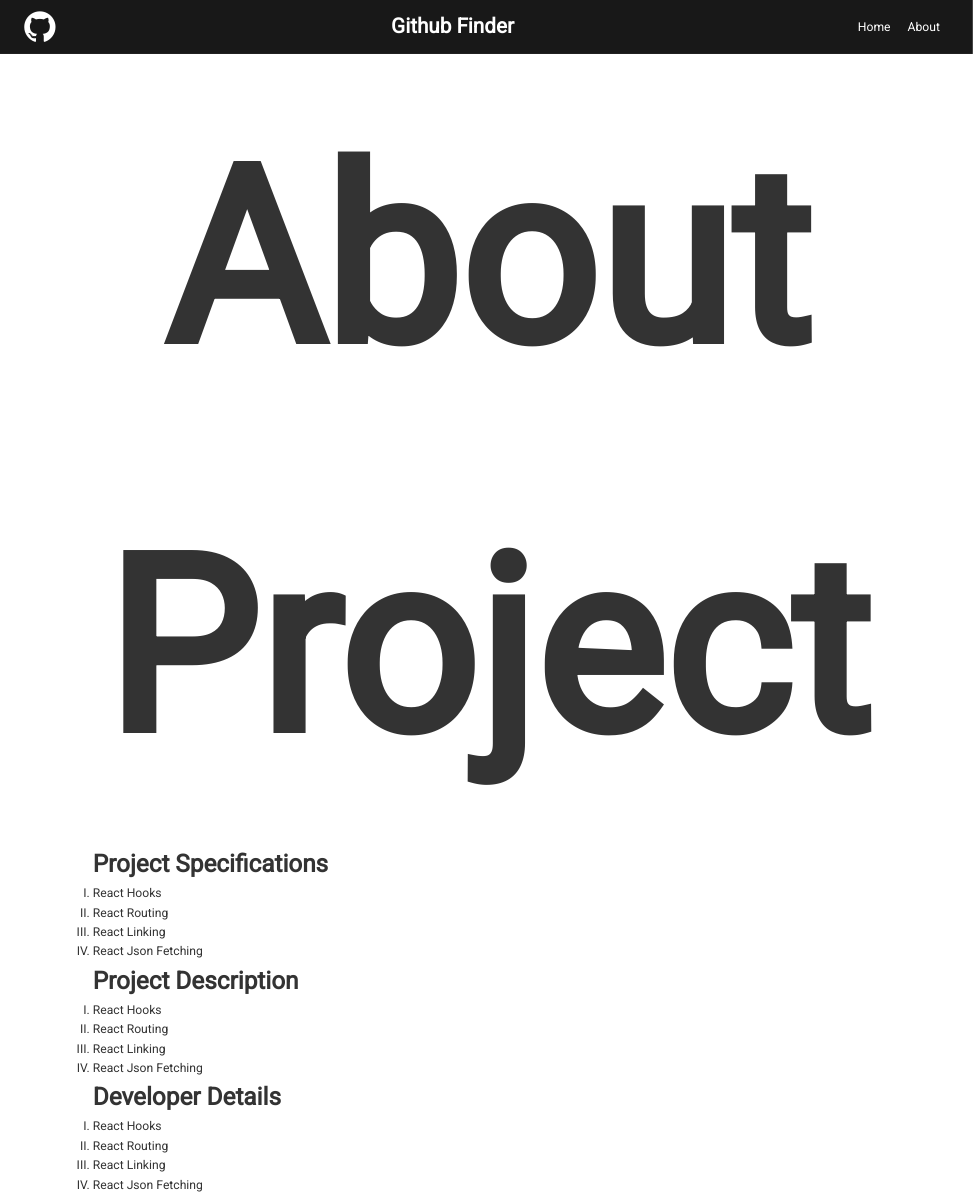
Repository: hemantsaini-7/ReactHooks-GitHub-Clone
Page: /about
An editor plug-in stored every save of this project. The page is shown before and after a run of saves, followed by the edit.
The browser window is 1280 px wide. The pictures show the whole page, at 76% of full size.
The project was rebuilt for these pictures with package versions that can differ from the ones it lists, and the page was loaded fresh each time. Also part of the build but not shown: src/components/users/UserItem.js, src/components/layout/Spinner.js, src/components/users/Users.js, src/components/repos/RepoItem.js, src/components/repos/Repos.js, src/components/users/User.js, src/components/users/Search.js, src/components/layout/Alert.js.

Above is the page before, as saved 2020-08-06 10:06:00.

### public/index.html
<!DOCTYPE html>
<html lang="en">
  <head>
    <meta charset="utf-8" />
    <link rel="icon" href="%PUBLIC_URL%/favicon.ico" />
    <meta name="viewport" content="width=device-width, initial-scale=1" />
    <meta name="theme-color" content="#000000" />
    <meta
      name="description"
      content="Web site created using create-react-app"
    />
    <link rel="apple-touch-icon" href="%PUBLIC_URL%/logo192.png" />

    <link rel="manifest" href="%PUBLIC_URL%/manifest.json" />
    <link
      rel="stylesheet"
      href="https://stackpath.bootstrapcdn.com/font-awesome/4.7.0/css/font-awesome.min.css"
    />
    <title>React App</title>
  </head>
  <body>
    <noscript>You need to enable JavaScript to run this app.</noscript>
    <div id="root"></div>
  </body>
</html>

### src/App.js
import React, { Fragment, useState } from "react";
import "./App.css";
import { BrowserRouter as Router, Switch, Route } from "react-router-dom";
import Navbar from "./components/layout/Navbar";
import Users from "./components/users/Users";
import User from "./components/users/User";
import Search from "./components/users/Search";
import Alert from "./components/layout/Alert";
import About from "./components/pages/About";
import axios from "axios";
const App = () => {
  const [users, setUsers] = useState([]);
  const [user, setUser] = useState({});
  const [repos, setRepos] = useState([]);
  const [loading, setLoading] = useState(false);
  const [alert, setAlert] = useState(null);

  const searchUsers = async (text) => {
    //this.setState({ loading: true });
    setLoading(true);
    const res = await axios.get(
      `https://api.github.com/search/users?q=${text}&cliend_id=${process.env.REACT_APP_GITHUB_CLIENT_ID}&client_secret=${process.env.REACT_APP_GITHUB_CLIENT_SECRET}`
    );
    setUsers(res.data.items);
    setLoading(false);
  };

  const clearUsers = () => {
    setUsers([]);
    setLoading(false);
  };

  const showAlert = (msg, type) => {
    //this.setState({ alert: { msg, type } });
    setAlert({ msg, type });
    setTimeout(() => setAlert(null), 5000);
  };

  const getUser = async (username) => {
    setLoading(true);
    const res = await axios.get(
      `https://api.github.com/users/${username}?cliend_id=${process.env.REACT_APP_GITHUB_CLIENT_ID}&client_secret=${process.env.REACT_APP_GITHUB_CLIENT_SECRET}`
    );
    setUser(res.data);
    setLoading(false);
  };

  const getUserRepos = async (username) => {
    setLoading(true);
    const res = await axios.get(
      `https://api.github.com/users/${username}/repos?per_page=5&sort=created:asc&cliend_id=${process.env.REACT_APP_GITHUB_CLIENT_ID}&client_secret=${process.env.REACT_APP_GITHUB_CLIENT_SECRET}`
    );
    setRepos(res.data);
    setLoading(false);
  };

  return (
    <Router>
      <div className='App'>
        <Navbar title='Github Finder' />
        <div className='container'>
          <Alert alert={alert} />
          <Switch>
            <Route
              exact
              path='/'
              render={(props) => (
                <Fragment>
                  <Search
                    searchUsers={searchUsers}
                    clearUsers={clearUsers}
                    showClear={users.length > 0 ? true : false}
                    setAlert={showAlert}
                  />
                  <Users users={users} loading={loading} />
                </Fragment>
              )}
            />
            <Route exact path='/about' component={About} />
            <Route
              exact
              path='/user/:login'
              render={(props) => (
                <User
                  {...props}
                  getUser={getUser}
                  getUserRepos={getUserRepos}
                  repos={repos}
                  user={user}
                  loading={loading}
                />
              )}
            />
          </Switch>
        </div>
      </div>
    </Router>
  );
};

export default App;

### src/App.css
@import url("https://fonts.googleapis.com/css?family=Roboto");

/* Global Styles */
:root {
  --primary-color: #dc3545;
  --dark-color: #333333;
  --light-color: #f4f4f4;
  --danger-color: #dc3545;
  --success-color: #28a745;
}

* {
  box-sizing: border-box;
  margin: 0;
  padding: 0;
}

body {
  font-family: "Roboto", sans-serif;
  font-size: 1rem;
  line-height: 1.6;
  background-color: #fff;
  color: #333;
}

a {
  color: var(--primary-color);
  text-decoration: none;
}

a:hover {
  color: #666;
}

ul {
  list-style: none;
}

img {
  width: 100%;
}

/* Utilities */
.container {
  max-width: 1100px;
  margin: auto;
  overflow: hidden;
  padding: 0 2rem;
}

/* Text Styles*/
.x-large {
  font-size: 4rem;
  line-height: 1.2;
  margin-bottom: 1rem;
}

.large {
  font-size: 3rem;
  line-height: 1.2;
  margin-bottom: 1rem;
}

.lead {
  font-size: 1.5rem;
  margin-bottom: 1rem;
}

.text-center {
  text-align: center;
}

.text-primary {
  color: var(--primary-color);
}

.text-dark {
  color: var(--dark-color);
}

.text-success {
  color: var(--success-color);
}

.text-danger {
  color: var(--danger-color);
}

.text-center {
  text-align: center;
}

.text-right {
  text-align: right;
}

.text-left {
  text-align: left;
}

/* Center All */
.all-center {
  display: flex;
  flex-direction: column;
  width: 100%;
  margin: auto;
  justify-content: center;
  align-items: center;
  text-align: center;
}

/* Cards */
.card {
  padding: 1rem;
  border: #ccc 1px dotted;
  margin: 0.7rem 0;
}

/* List */
.list {
  margin: 0.5rem 0;
}

.list li {
  padding-bottom: 0.3rem;
}

/* Padding */
.p {
  padding: 0.5rem;
}
.p-1 {
  padding: 1rem;
}
.p-2 {
  padding: 2rem;
}
.p-3 {
  padding: 3rem;
}
.py {
  padding: 0.5rem 0;
}
.py-1 {
  padding: 1rem 0;
}
.py-2 {
  padding: 2rem 0;
}
.py-3 {
  padding: 3rem 0;
}

/* Margin */
.m {
  margin: 0.5rem;
}
.m-1 {
  margin: 1rem;
}
.m-2 {
  margin: 2rem;
}
.m-3 {
  margin: 3rem;
}
.my {
  margin: 0.5rem 0;
}
.my-1 {
  margin: 1rem 0;
}
.my-2 {
  margin: 2rem 0;
}
.my-3 {
  margin: 3rem 0;
}

/* Grid */
.grid-2 {
  display: grid;
  grid-template-columns: repeat(2, 1fr);
  grid-gap: 1rem;
}

.grid-3 {
  display: grid;
  grid-template-columns: repeat(3, 1fr);
  grid-gap: 1rem;
}

.grid-4 {
  display: grid;
  grid-template-columns: repeat(4, 1fr);
  grid-gap: 1rem;
}

.btn {
  display: inline-block;
  background: var(--light-color);
  color: #333;
  padding: 0.4rem 1.3rem;
  font-size: 1rem;
  border: none;
  cursor: pointer;
  margin-right: 0.5rem;
  transition: opacity 0.2s ease-in;
  outline: none;
}

.btn-link {
  background: none;
  padding: 0;
  margin: 0;
}

.btn-block {
  display: block;
  width: 100%;
}

.btn-sm {
  font-size: 0.8rem;
  padding: 0.3rem 1rem;
  margin-right: 0.2rem;
}

.badge {
  display: inline-block;
  font-size: 0.8rem;
  padding: 0.2rem 0.7rem;
  text-align: center;
  margin: 0.3rem;
  background: var(--light-color);
  color: #333;
  border-radius: 5px;
}

.alert {
  padding: 0.7rem;
  margin: 1rem 0;
  opacity: 0.9;
  background: var(--light-color);
  color: #333;
}

.btn-primary,
.bg-primary,
.badge-primary,
.alert-primary {
  background: var(--primary-color);
  color: #fff;
}

.btn-light,
.bg-light,
.badge-light,
.alert-light {
  background: var(--light-color);
  color: #333;
}

.btn-dark,
.bg-dark,
.badge-dark,
.alert-dark {
  background: var(--dark-color);
  color: #fff;
}

.btn-danger,
.bg-danger,
.badge-danger,
.alert-danger {
  background: var(--danger-color);
  color: #fff;
}

.btn-success,
.bg-success,
.badge-success,
.alert-success {
  background: var(--success-color);
  color: #fff;
}

.btn-white,
.bg-white,
.badge-white,
.alert-white {
  background: #fff;
  color: #333;
  border: #ccc solid 1px;
}

.btn:hover {
  opacity: 0.8;
}

.bg-light,
.badge-light {
  border: #ccc solid 1px;
}

.round-img {
  border-radius: 50%;
}

/* Forms */
input {
  margin: 1.2rem 0;
}

.form-text {
  display: block;
  margin-top: 0.3rem;
  color: #888;
}

input[type="text"],
input[type="email"],
input[type="password"],
input[type="date"],
select,
textarea {
  display: block;
  width: 100%;
  padding: 0.4rem;
  font-size: 1.2rem;
  border: 1px solid #ccc;
}

input[type="submit"],
button {
  font: inherit;
}

table th,
table td {
  padding: 1rem;
  text-align: left;
}

table th {
  background: var(--light-color);
}

/* Navbar */
.navbar {
  display: flex;
  justify-content: space-between;
  align-items: center;
  padding: 0.7rem 2rem;
  z-index: 1;
  width: 100%;
  opacity: 0.9;
  margin-bottom: 1rem;
}

.navbar ul {
  display: flex;
}

.navbar a {
  color: #fff;
  padding: 0.45rem;
  margin: 0 0.25rem;
}

.navbar a:hover {
  color: var(--light-color);
}

.navbar .welcome span {
  margin-right: 0.6rem;
}
.bg-black {
  background: #000;
  color: #fff;
}
.nav-head {
  font-size: 1.7rem;
  /* margin-left: 100px; */
}
.s-field {
  border-radius: 10px;
  box-shadow: inset 0px 0px 10px #ccc;
}
.s-field:focus {
  outline: none;
}
.about-head {
  text-align: center;
  font-weight: bold;
  font-size: 20rem;
}
/* Mobile Styles */
@media (max-width: 700px) {
  .hide-sm {
    display: none;
  }

  .grid-2,
  .grid-3,
  .grid-4 {
    grid-template-columns: 1fr;
  }

  /* Text Styles */
  .x-large {
    font-size: 3rem;
  }

  .large {
    font-size: 2rem;
  }

  .lead {
    font-size: 1rem;
  }

  /* Navbar */
  .navbar {
    display: block;
    text-align: center;
  }

  .navbar ul {
    text-align: center;
    justify-content: center;
  }
}

### src/components/layout/Navbar.js
import React from "react";
import { Link } from "react-router-dom";
function Navbar(props) {
  return (
    <nav className='navbar bg-black '>
      <span>
        <i className='fa fa-github fa-3x'></i>
      </span>
      <h3 className='nav-head'>{props.title}</h3>
      <ul>
        <li>
          <Link to='/'>Home</Link>
        </li>
        <li>
          <Link to='/about'>About</Link>
        </li>
      </ul>
    </nav>
  );
}

export default Navbar;

### src/components/pages/About.js
import React from "react";

const About = () => {
  return (
    <div className='about-div'>
      <h1 className='about-head'>About Project</h1>
      <div className='content-div'>
        <h1 className='content-head'>Project Specifications</h1>
        <ol type='I'>
          <li>React Hooks</li>
          <li>React Routing</li>
          <li>React Linking</li>
          <li>React Json Fetching</li>
        </ol>
      </div>
      <div className='content-div'>
        <h1 className='content-head'>Project Description</h1>
        <ol type='I'>
          <li>React Hooks</li>
          <li>React Routing</li>
          <li>React Linking</li>
          <li>React Json Fetching</li>
        </ol>
      </div>
      <div className='content-div'>
        <h1 className='content-head'>Developer Details</h1>
        <ol type='I'>
          <li>React Hooks</li>
          <li>React Routing</li>
          <li>React Linking</li>
          <li>React Json Fetching</li>
        </ol>
      </div>
    </div>
  );
};
export default About;

Loaded but not shown: src/index.js (common file)

After the next 3 saves:
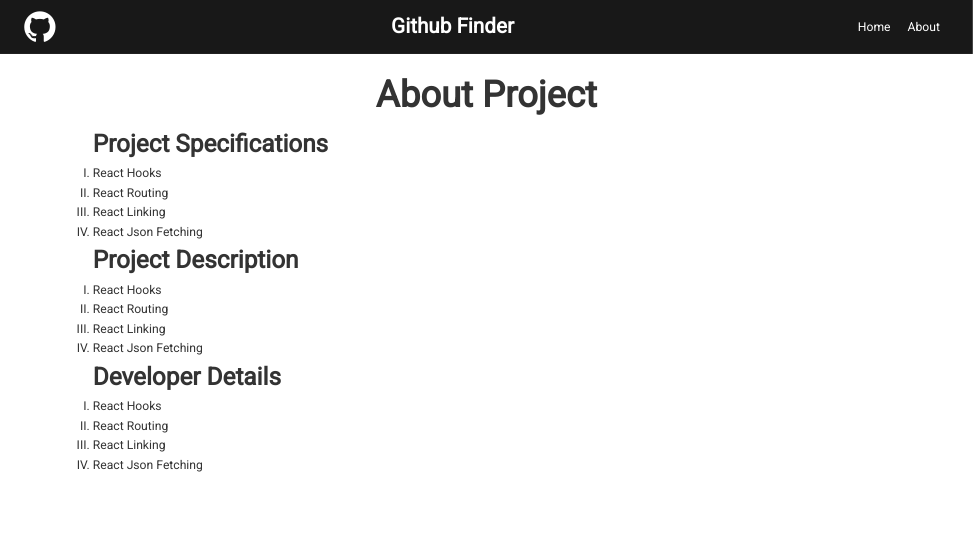
The 3 saves are shown as one change because they came seconds apart.
The last was saved 9 s later.
--- a/src/App.css
+++ b/src/App.css
@@ -393,7 +393,7 @@
 .about-head {
   text-align: center;
   font-weight: bold;
-  font-size: 20rem;
+  font-size: 3rem;
 }
 /* Mobile Styles */
 @media (max-width: 700px) {
